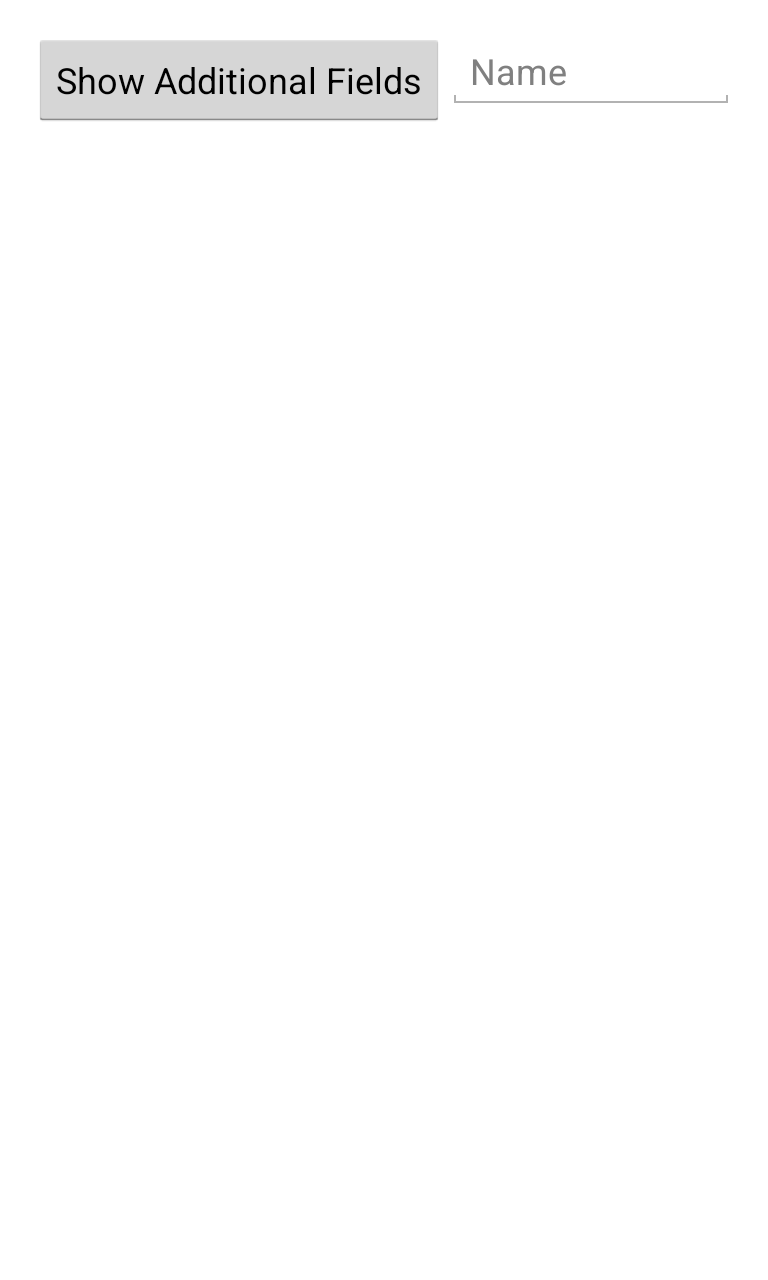
Repository: andreeastoican/Laborator04
Layout: ContactsManager/res/layout/fragment_basic_details.xml
The author's editor kept a copy of each file at every save. The layout is drawn from the files as they stood at one save, then again after the next save.
It is drawn on a 768 x 1280 px phone screen (xhdpi) without system bars, with theme AppTheme; the app's code is not run.

Above is the layout before, as saved 2015-03-17 19:26:50.

After the next save:
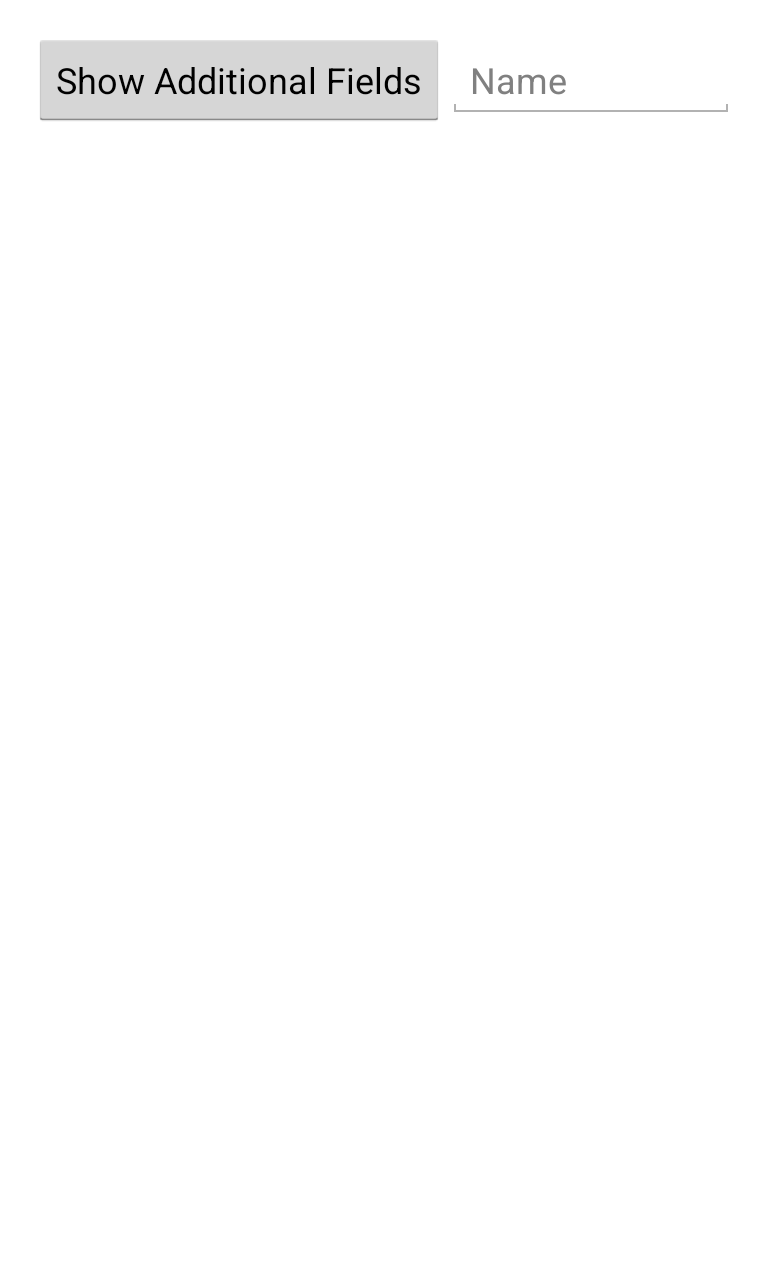
Saved 35 s later.
--- a/ContactsManager/res/layout/fragment_basic_details.xml
+++ b/ContactsManager/res/layout/fragment_basic_details.xml
@@ -13,13 +13,11 @@
 	       android:id="@+id/id_additional_filed"
 	       android:text="Show Additional Fields"
 	       android:layout_height="wrap_content"
-	       android:layout_width="wrap_content"
-	       android:layout_gravity="right"/>
+	       android:layout_width="wrap_content"/>
 	   <EditText
 	       android:id="@+id/id_name"
 	       android:layout_width="fill_parent"
 	       android:layout_height="wrap_content"
-	       android:hint="Name"
-	       android:layout_gravity=""/>
+	       android:hint="Name"/>
 
 </LinearLayout>
